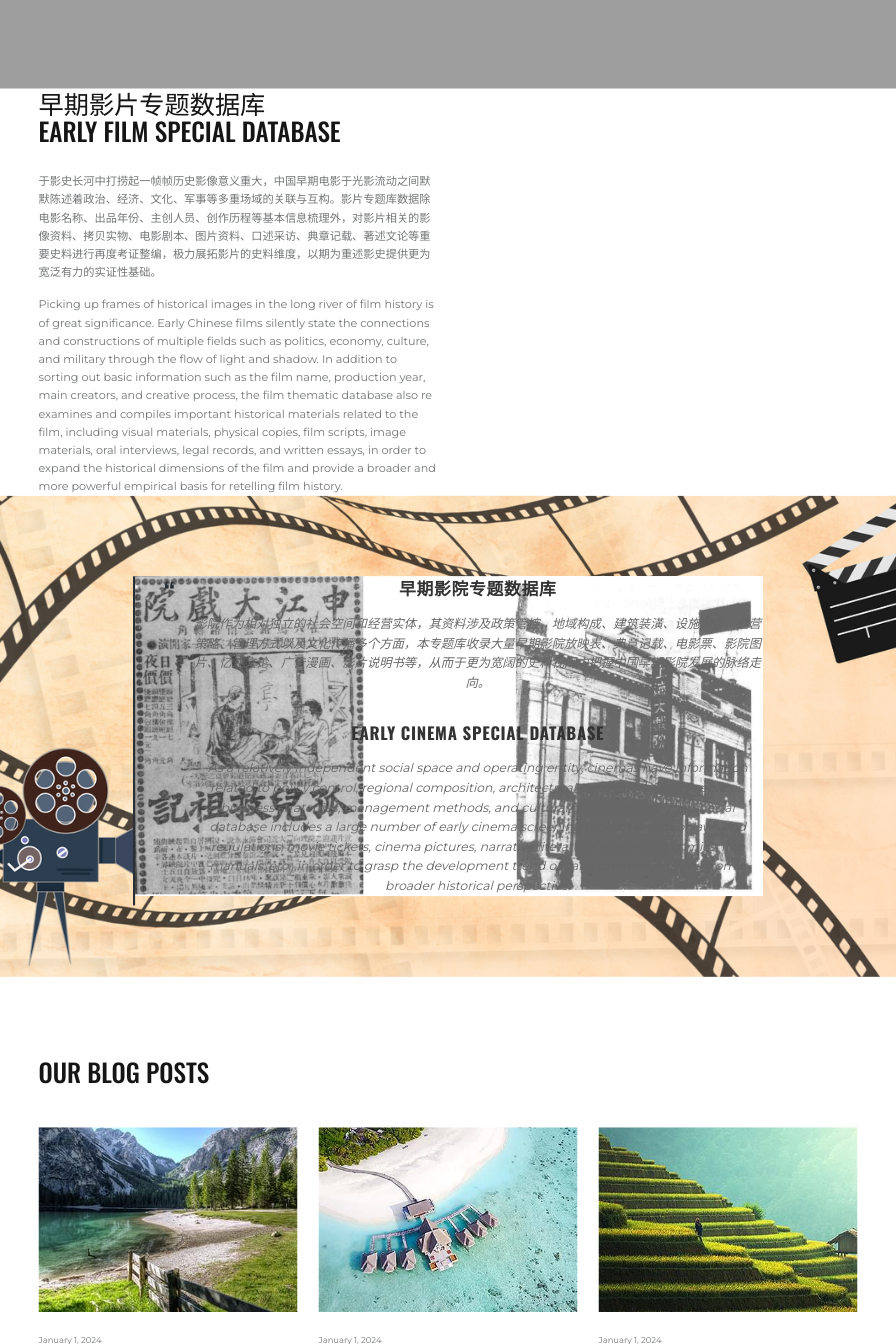
Repository: Jquarker/Modern-Film-Database
Page: index.html
The author's editor kept a copy of each file at every save. The page is drawn from the files as they stood at one save, then again after a run of saves.
The browser window is 1280 px wide. The pictures show the part of the page from y = 3439 to 5359 px (the page is 6170 px tall before and 5967 px after), at 70% of full size.
Pictures or frames that could not be fetched are drawn as grey boxes.

Above is the page before, as saved 2025-02-21 15:02:11.

After the next 3 saves:
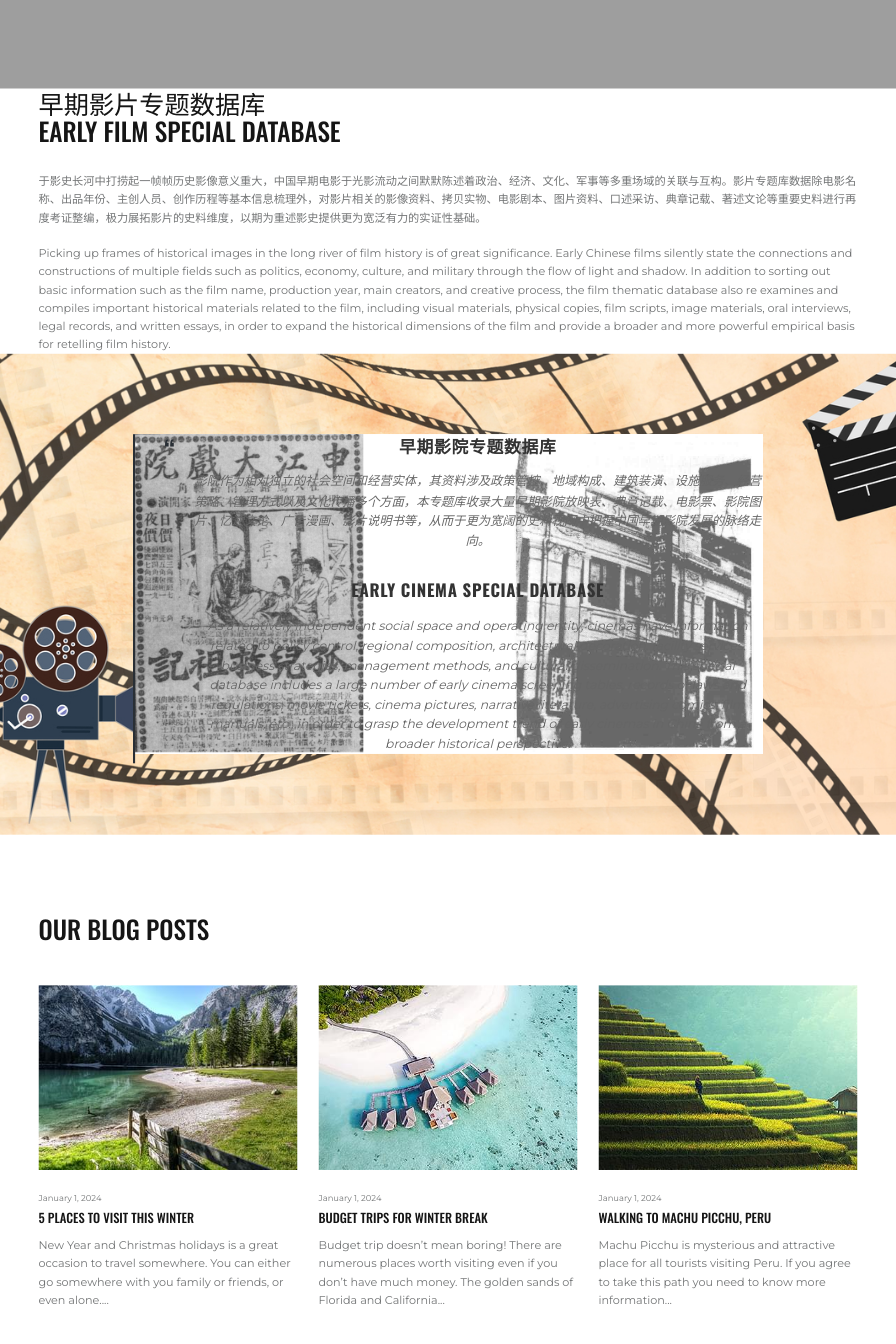
The 3 saves are shown as one change because they came seconds apart.
The last was saved 11 s later.
--- a/index.html
+++ b/index.html
@@ -249,9 +249,9 @@
           <h2>早期影片专题数据库</h2>
           <h2>Early Film Special Database</h2>
           <div class="row row-40 offset-lg">
-            <div class="col-xl-6 wow fadeInLeft">
+            <div class="col-x2-6 wow fadeInLeft">
               <p>于影史长河中打捞起一帧帧历史影像意义重大，中国早期电影于光影流动之间默默陈述着政治、经济、文化、军事等多重场域的关联与互构。影片专题库数据除电影名称、出品年份、主创人员、创作历程等基本信息梳理外，对影片相关的影像资料、拷贝实物、电影剧本、图片资料、口述采访、典章记载、著述文论等重要史料进行再度考证整编，极力展拓影片的史料维度，以期为重述影史提供更为宽泛有力的实证性基础。</p>
-
+            <div class="col-x2-6 wow fadeInLeft"></div>
               <p>Picking up frames of historical images in the long river of film history is of great significance. Early Chinese films silently state the connections and constructions of multiple fields such as politics, economy, culture, and military through the flow of light and shadow. In addition to sorting out basic information such as the film name, production year, main creators, and creative process, the film thematic database also re examines and compiles important historical materials related to the film, including visual materials, physical copies, film scripts, image materials, oral interviews, legal records, and written essays, in order to expand the historical dimensions of the film and provide a broader and more powerful empirical basis for retelling film history.
               </p>
             </div>
